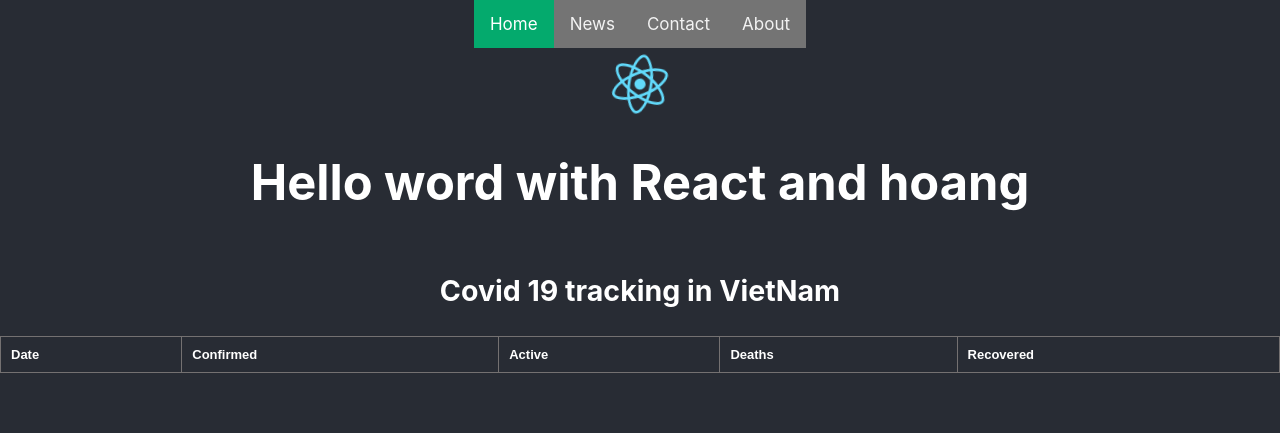
Repository: hoang0508/ReactJsHookBasic
Page: /todo
These files come from the project's save history. The page is drawn as it stood at one moment and after the next save; the edit follows.
The browser window is 1280 px wide. The pictures show the whole page.
The page's requests for data from a server got no answer. The project was rebuilt for these pictures with package versions that can differ from the ones it lists, and the page was loaded fresh each time. No one was signed in, and anything a server would have sent is missing. Also part of the build but not shown: src/views/Todo.js.

Above is the page before, as saved 2021-11-13 15:51:11.

### src/App.js
import logo from "./logo.svg";
import "./App.css";
import Nav from "./views/Nav";
import { useState, useEffect } from "react";
import Todo from "./views/Todo";
import Covid from "./views/covid";
// template + logic
// JSX
// babel
function App() {
  // state
  // let name = "Hoang";
  // useState (hook)
  let [name, setName] = useState("hoang");
  const [address, setAddress] = useState("");
  const [todos, setTodos] = useState([
    { id: "todo1", title: "My school EPU", type: "hoang" },
    { id: "todo2", title: "Doing homework", type: "huy" },
  ]);

  // didmount
  useEffect(() => {
    console.log("run use effect");
  }, [address]);

  useEffect(() => {
    console.log("run use effect todo");
  }, [todos]);

  const handleEventClick = (event) => {
    // setName(address); // setName re render
    // console.log("click me", name);
    // hook not merge state
    if (!address) {
      alert("empty input");
      return;
    }
    let newTodo = {
      id: Math.floor(Math.random() * 1000),
      title: address,
      type: "hoang",
    };
    setTodos([...todos, newTodo]); // spread
    setAddress("");
  };
  const handleOnchangeInput = (event) => {
    setAddress(event.target.value);
    // console.log(event.target.value);
  };
  const deleteDataTodo = (id) => {
    let currentTodos = todos;
    currentTodos = currentTodos.filter((item) => item.id !== id);
    setTodos(currentTodos);
  };
  return (
    <div className="App">
      <header className="App-header">
        <Nav />
        <img src={logo} className="App-logo" alt="logo" />
        <h1>Hello word with React and {name}</h1>
        <Covid />
        {/* <Todo
          todos={todos}
          title={"All todos"}
          deleteDataTodo={deleteDataTodo}
        />
        <Todo
          todos={todos.filter((item) => item.type === "hoang")}
          title={"Hoang's todo"}
          deleteDataTodo={deleteDataTodo}
        />
        <input
          type="text"
          value={address}
          onChange={(event) => handleOnchangeInput(event)}
        />
        <button type="button" onClick={(event) => handleEventClick(event)}>
          Click me
        </button> */}
      </header>
    </div>
  );
}

export default App;

### src/App.css
.App {
  text-align: center;
}

.App-logo {
  height: 10vmin;
  pointer-events: none;
}

@media (prefers-reduced-motion: no-preference) {
  .App-logo {
    animation: App-logo-spin infinite 20s linear;
  }
}

.App-header {
  background-color: #282c34;
  min-height: 100vh;
  display: flex;
  flex-direction: column;
  align-items: center;
  /* justify-content: center; */
  font-size: calc(10px + 2vmin);
  color: white;
}

.App-link {
  color: #61dafb;
}

@keyframes App-logo-spin {
  from {
    transform: rotate(0deg);
  }
  to {
    transform: rotate(360deg);
  }
}

table {
  font-family: arial, sans-serif;
  border-collapse: collapse;
  width: 100%;
  font-size: 13px;
}

td,
th {
  border: 1px solid #747171;
  text-align: left;
  padding: 10px;
}

tr:nth-child(even) {
  background-color: #545454;
}

### src/views/Nav.js
import "./Nav.scss";
const Nav = () => {
  return (
    <div className="topnav">
      <a className="active" href="#home">
        Home
      </a>
      <a href="#news">News</a>
      <a href="#contact">Contact</a>
      <a href="#about">About</a>
    </div>
  );
};

export default Nav;

### src/views/covid.js
import { useEffect, useState } from "react";
import axios from "axios";
import moment from "moment";
const Covid = () => {
  const [dataCovid, setDataCovid] = useState([]);
  const [loading, setLoading] = useState(true);
  // componentDidmount
  useEffect(async () => {
    setTimeout(async () => {
      let reponse = await axios.get(
        "https://api.covid19api.com/country/vietnam?from=2021-10-10T00:00:00Z&to=2021-11-11T00:00:00Z"
      );
      let data = reponse && reponse.data ? reponse.data : [];
      if (data && data.length > 0) {
        data.map((item) => {
          item.Date = moment(item.Date).format("DD/MM/YYYY");
          return item;
        });
        data = data.reverse();
      }
      setDataCovid(data);
      setLoading(false);
    }, 2000);
  }, []);
  return (
    <>
      <h3>Covid 19 tracking in VietNam</h3>
      <table>
        <thead>
          <tr>
            <th>Date</th>
            <th>Confirmed</th>
            <th>Active</th>
            <th>Deaths</th>
            <th>Recovered</th>
          </tr>
        </thead>
        <tbody>
          {dataCovid &&
            dataCovid.length > 0 &&
            dataCovid.map((item) => {
              return (
                <tr key={item.ID}>
                  <td>{item.Date}</td>
                  <td>{item.Confirmed}</td>
                  <td>{item.Active}</td>
                  <td>{item.Deaths}</td>
                  <td>{item.Recovered}</td>
                </tr>
              );
            })}
        </tbody>
      </table>
    </>
  );
};

export default Covid;

### src/views/Nav.scss
.topnav {
  overflow: hidden;
  background-color: #747474;
  a {
    float: left;
    color: #f2f2f2;
    text-align: center;
    padding: 14px 16px;
    text-decoration: none;
    font-size: 17px;
  }
  a:hover {
    background-color: #ddd;
    color: black;
  }
  a.active {
    background-color: #04aa6d;
    color: white;
  }
}

Loaded but not shown: public/index.html (common file); src/index.js (common file); src/index.css (common file); src/reportWebVitals.js (common file)

After the next save:
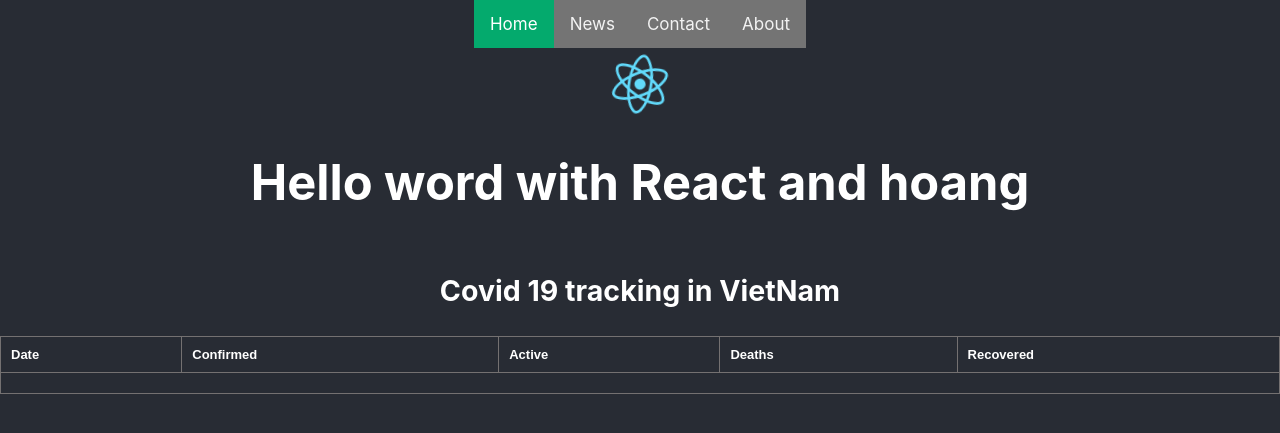
Saved 12 min 8 s later.
--- a/src/views/covid.js
+++ b/src/views/covid.js
@@ -36,7 +36,8 @@
           </tr>
         </thead>
         <tbody>
-          {dataCovid &&
+          {loading === false &&
+            dataCovid &&
             dataCovid.length > 0 &&
             dataCovid.map((item) => {
               return (
@@ -49,6 +50,12 @@
                 </tr>
               );
             })}
+
+          {loading === true && (
+            <tr>
+              <td colSpan="5" style={{ textAlign: "center" }}></td>
+            </tr>
+          )}
         </tbody>
       </table>
     </>
